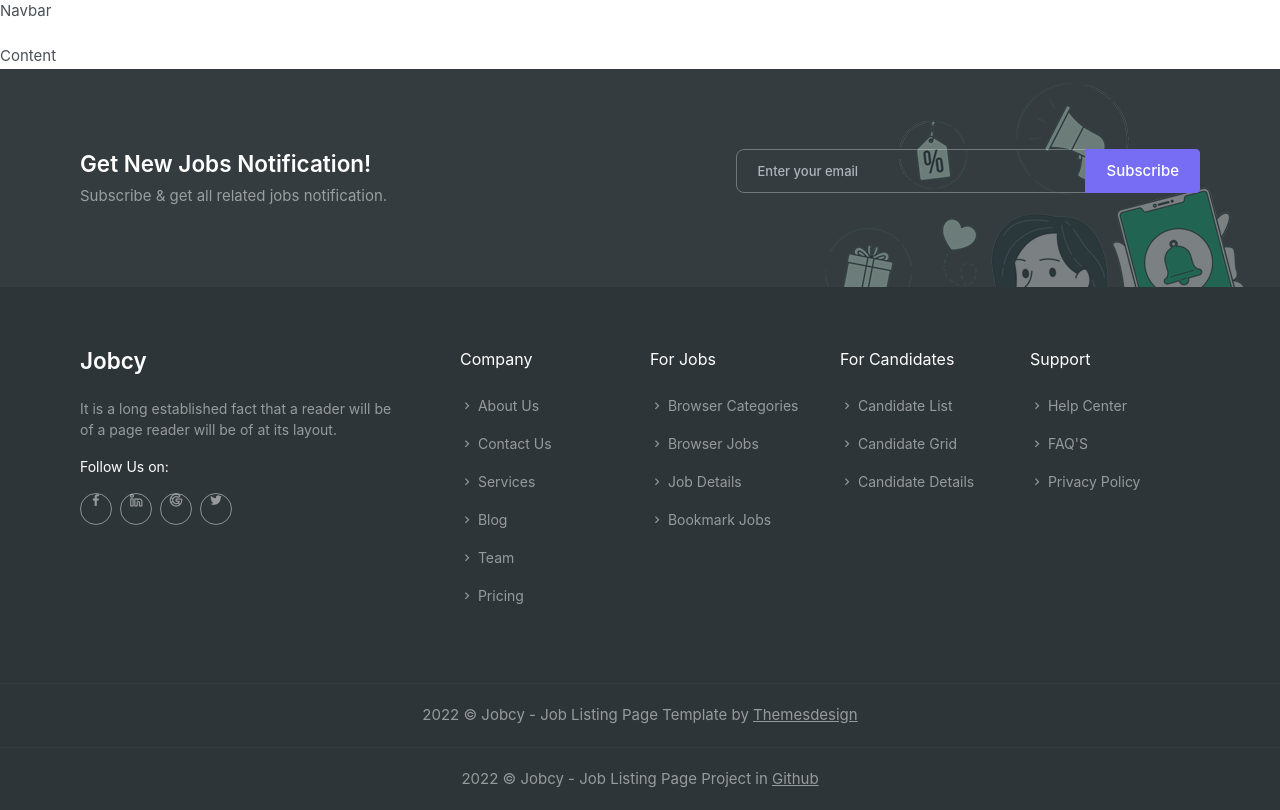
Repository: waflol/hrpm-frontend
Page: / (app in frontend/)
The author's editor kept a copy of each file at every save. The page is drawn from the files as they stood at one save, then again after the next save.
The browser window is 1280 px wide. The pictures show the whole page.
The project was rebuilt for these pictures with package versions that can differ from the ones it lists, and the page was loaded fresh each time. Also part of the build but not shown: frontend/craco.config.js, frontend/src/shared/components/Navigations/LoginButton.jsx.

Above is the page before, as saved 2022-10-13 15:18:46.

After the next save:
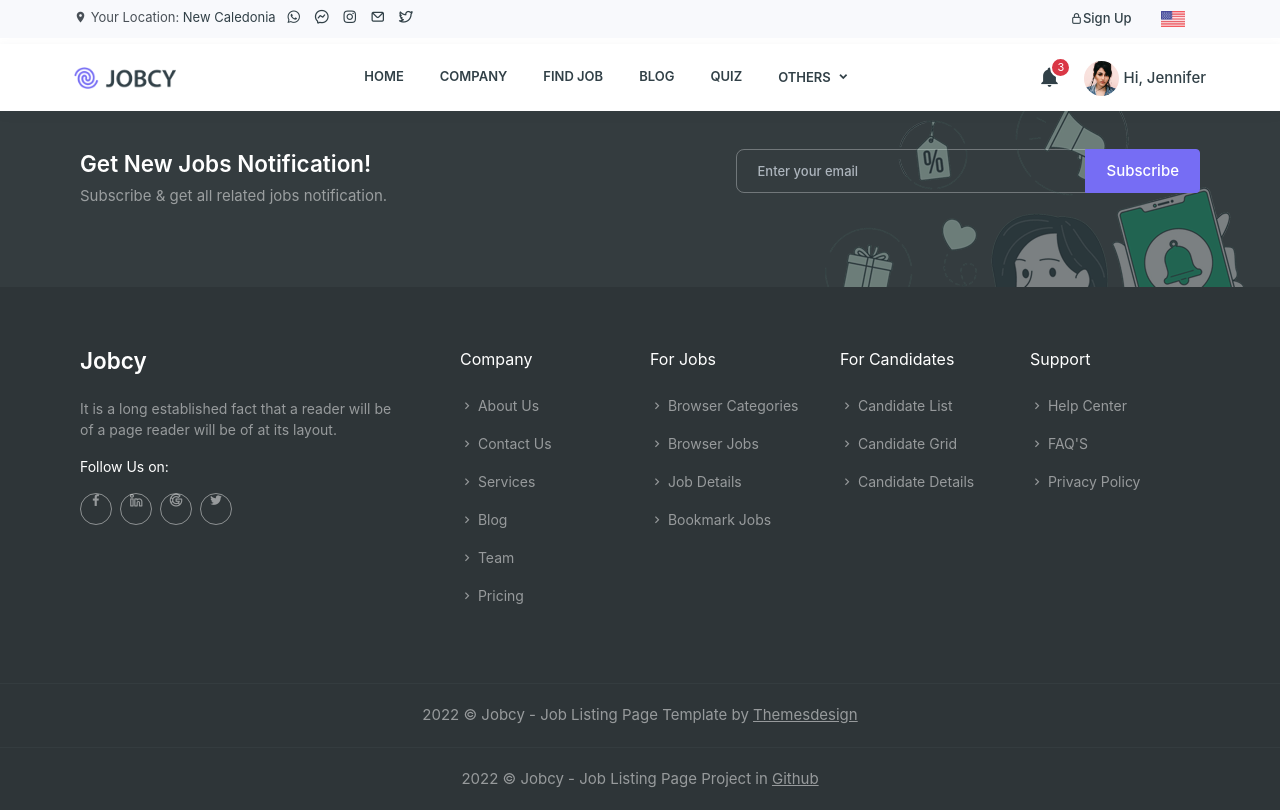
Saved 52 s later.
--- a/frontend/src/App.js
+++ b/frontend/src/App.js
@@ -12,8 +12,8 @@ function App() {
             element={
               <div>
                 <div>
-                  {/* <MainTopBar/>
-                  <MainNavBar/> */}
+                  <MainTopBar/>
+                  <MainNavBar/>
                   Navbar
                 </div>
                 <section>
